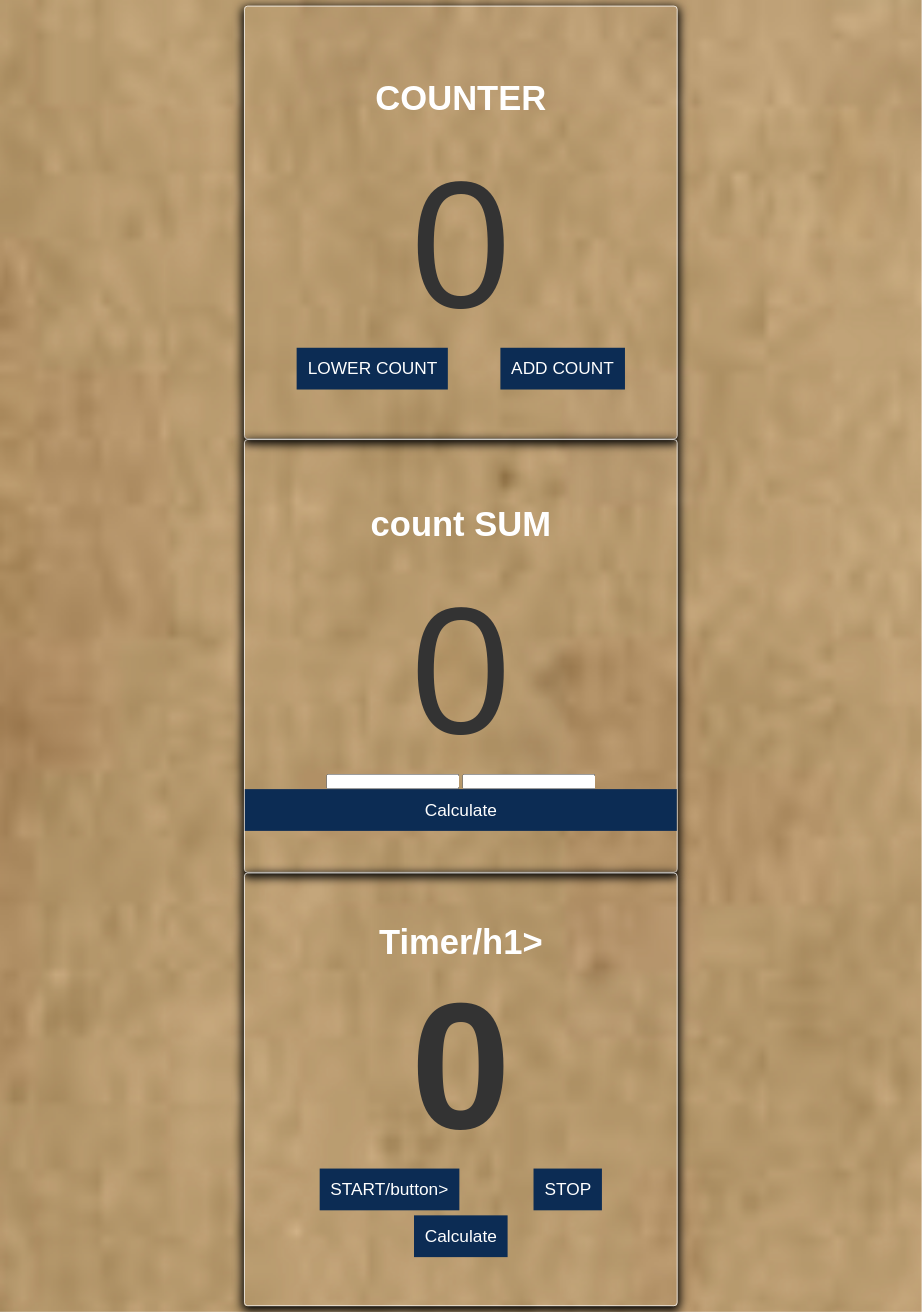
Repository: Hasmik-icml/counter
Page: index.html
These files come from the project's save history. The page is drawn as it stood at one moment and after a run of saves; the edit follows.
The browser window is 1280 px wide. The pictures show the whole page, at 72% of full size.

Above is the page before, as saved 2022-02-14 18:17:46.

After the next 2 saves:
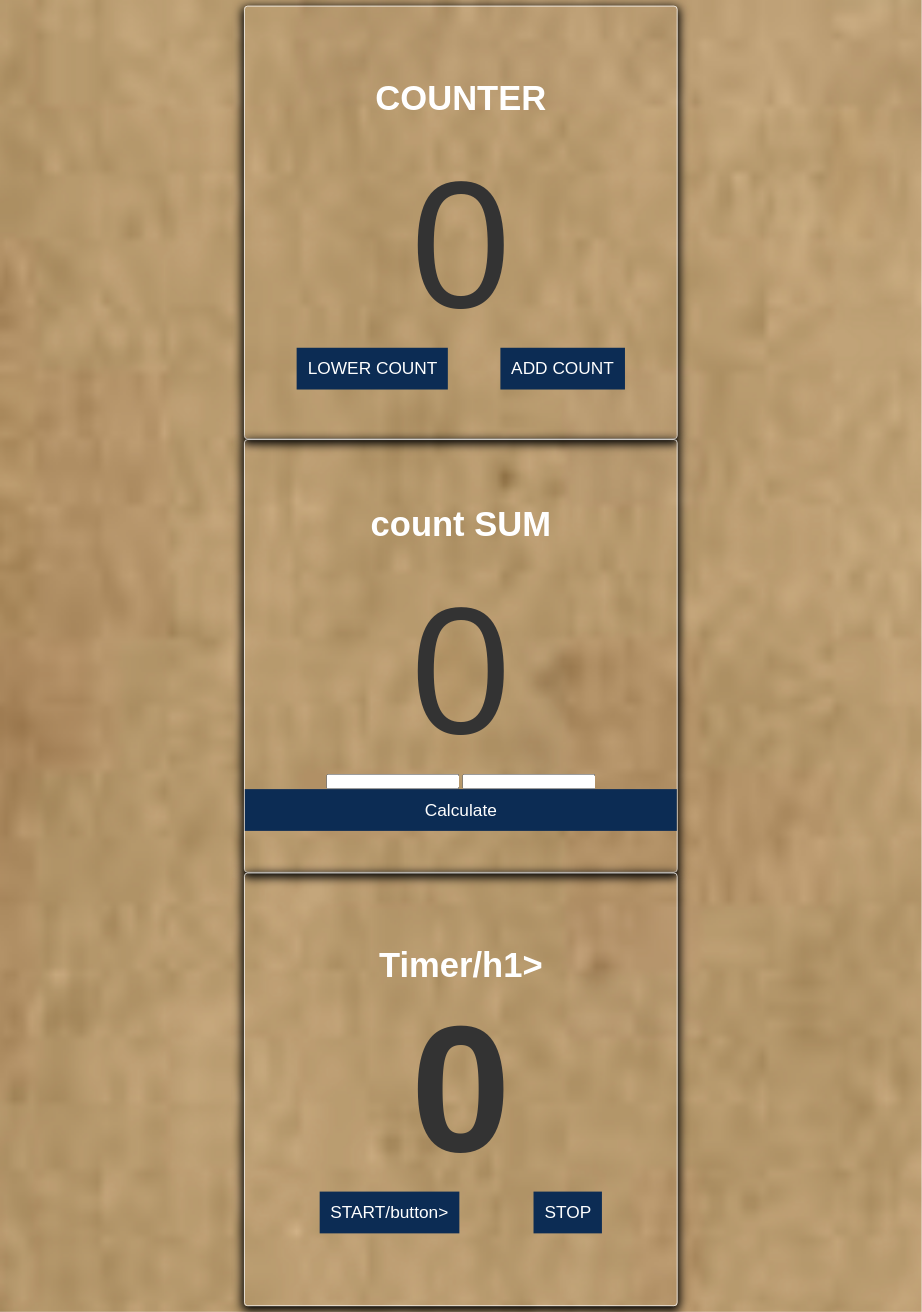
The 2 saves are shown as one change because they came seconds apart.
The last was saved 5 s later.
--- a/index.html
+++ b/index.html
@@ -37,7 +37,6 @@
             <button class="buttonStart button">START/button>
             <button class="buttonStop button">STOP</button>
          </div>
-        <button class="calculateNumber button">Calculate</button>
         <!--  -->
     </div>
 
